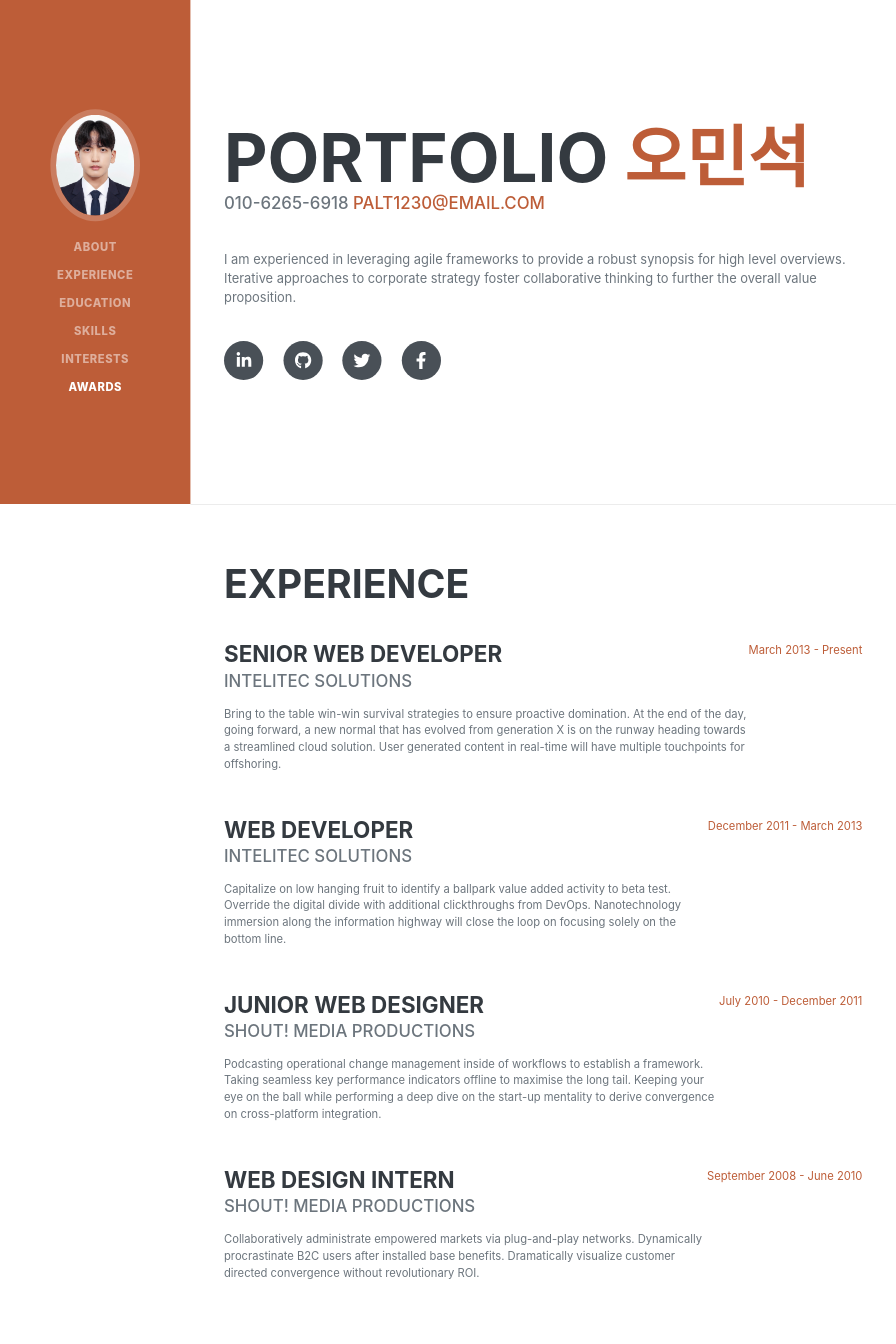
Repository: minsuk1/portfolio
Page: index.html
The author's editor kept a copy of each file at every save. The page is drawn from the files as they stood at one save, then again after the next save.
The browser window is 1280 px wide. The pictures show the part of the page from y = 0 to 1920 px (the page is 4810 px tall), at 70% of full size.
Some web fonts or font styles are not loaded; a fallback is used.

Above is the page before, as saved 2021-01-01 10:25:00.

### index.html
<!DOCTYPE html>
<html lang="en">
    <head>
        <meta charset="utf-8" />
        <meta name="viewport" content="width=device-width, initial-scale=1, shrink-to-fit=no" />
        <meta name="description" content="" />
        <meta name="author" content="" />
        <title>Resume - Start Bootstrap Theme</title>
        <link rel="icon" type="image/x-icon" href="assets/img/favicon.ico" />
        <!-- Font Awesome icons (free version)-->
        <script src="https://use.fontawesome.com/releases/v5.15.1/js/all.js" crossorigin="anonymous"></script>
        <!-- Google fonts-->
        <link href="https://fonts.googleapis.com/css?family=Saira+Extra+Condensed:500,700" rel="stylesheet" type="text/css" />
        <link href="https://fonts.googleapis.com/css?family=Muli:400,400i,800,800i" rel="stylesheet" type="text/css" />
        <!-- Core theme CSS (includes Bootstrap)-->
        <link href="css/styles.css" rel="stylesheet" />
    </head>
    <body id="page-top">
        <!-- Navigation-->
        <nav class="navbar navbar-expand-lg navbar-dark bg-primary fixed-top" id="sideNav">
            <a class="navbar-brand js-scroll-trigger" href="#page-top">
                <span class="d-block d-lg-none">Clarence Taylor</span>
                <span class="d-none d-lg-block"><img class="img-fluid img-profile rounded-circle mx-auto mb-2" src="assets/img/profile.jpg" alt="" /></span>
            </a>
            <button class="navbar-toggler" type="button" data-toggle="collapse" data-target="#navbarSupportedContent" aria-controls="navbarSupportedContent" aria-expanded="false" aria-label="Toggle navigation"><span class="navbar-toggler-icon"></span></button>
            <div class="collapse navbar-collapse" id="navbarSupportedContent">
                <ul class="navbar-nav">
                    <li class="nav-item"><a class="nav-link js-scroll-trigger" href="#about">About</a></li>
                    <li class="nav-item"><a class="nav-link js-scroll-trigger" href="#experience">Experience</a></li>
                    <li class="nav-item"><a class="nav-link js-scroll-trigger" href="#education">Education</a></li>
                    <li class="nav-item"><a class="nav-link js-scroll-trigger" href="#skills">Skills</a></li>
                    <li class="nav-item"><a class="nav-link js-scroll-trigger" href="#interests">Interests</a></li>
                    <li class="nav-item"><a class="nav-link js-scroll-trigger" href="#awards">Awards</a></li>
                </ul>
            </div>
        </nav>
        <!-- Page Content-->
        <div class="container-fluid p-0">
            <!-- About-->
            <section class="resume-section" id="about">
                <div class="resume-section-content">
                    <h1 class="mb-0">
                        Portfolio
                        <span class="text-primary">오민석</span>
                    </h1>
                    <div class="subheading mb-5">
                                  010-6265-6918
                        <a href="mailto:name@email.com">palt1230@email.com</a>
                    </div>
                    <p class="lead mb-5">I am experienced in leveraging agile frameworks to provide a robust synopsis for high level overviews. Iterative approaches to corporate strategy foster collaborative thinking to further the overall value proposition.</p>
                    <div class="social-icons">
                        <a class="social-icon" href="#"><i class="fab fa-linkedin-in"></i></a>
                        <a class="social-icon" href="#"><i class="fab fa-github"></i></a>
                        <a class="social-icon" href="#"><i class="fab fa-twitter"></i></a>
                        <a class="social-icon" href="#"><i class="fab fa-facebook-f"></i></a>
                    </div>
                </div>
            </section>
            <hr class="m-0" />
            <!-- Experience-->
            <section class="resume-section" id="experience">
                <div class="resume-section-content">
                    <h2 class="mb-5">Experience</h2>
                    <div class="d-flex flex-column flex-md-row justify-content-between mb-5">
                        <div class="flex-grow-1">
                            <h3 class="mb-0">Senior Web Developer</h3>
                            <div class="subheading mb-3">Intelitec Solutions</div>
                            <p>Bring to the table win-win survival strategies to ensure proactive domination. At the end of the day, going forward, a new normal that has evolved from generation X is on the runway heading towards a streamlined cloud solution. User generated content in real-time will have multiple touchpoints for offshoring.</p>
                        </div>
                        <div class="flex-shrink-0"><span class="text-primary">March 2013 - Present</span></div>
                    </div>
                    <div class="d-flex flex-column flex-md-row justify-content-between mb-5">
                        <div class="flex-grow-1">
                            <h3 class="mb-0">Web Developer</h3>
                            <div class="subheading mb-3">Intelitec Solutions</div>
                            <p>Capitalize on low hanging fruit to identify a ballpark value added activity to beta test. Override the digital divide with additional clickthroughs from DevOps. Nanotechnology immersion along the information highway will close the loop on focusing solely on the bottom line.</p>
                        </div>
                        <div class="flex-shrink-0"><span class="text-primary">December 2011 - March 2013</span></div>
                    </div>
                    <div class="d-flex flex-column flex-md-row justify-content-between mb-5">
                        <div class="flex-grow-1">
                            <h3 class="mb-0">Junior Web Designer</h3>
                            <div class="subheading mb-3">Shout! Media Productions</div>
                            <p>Podcasting operational change management inside of workflows to establish a framework. Taking seamless key performance indicators offline to maximise the long tail. Keeping your eye on the ball while performing a deep dive on the start-up mentality to derive convergence on cross-platform integration.</p>
                        </div>
                        <div class="flex-shrink-0"><span class="text-primary">July 2010 - December 2011</span></div>
                    </div>
                    <div class="d-flex flex-column flex-md-row justify-content-between">
                        <div class="flex-grow-1">
                            <h3 class="mb-0">Web Design Intern</h3>
                            <div class="subheading mb-3">Shout! Media Productions</div>
                            <p>Collaboratively administrate empowered markets via plug-and-play networks. Dynamically procrastinate B2C users after installed base benefits. Dramatically visualize customer directed convergence without revolutionary ROI.</p>
                        </div>
                        <div class="flex-shrink-0"><span class="text-primary">September 2008 - June 2010</span></div>
                    </div>
                </div>
            </section>
            <hr class="m-0" />
            <!-- Education-->
            <section class="resume-section" id="education">
                <div class="resume-section-content">
                    <h2 class="mb-5">Education</h2>
                    <div class="d-flex flex-column flex-md-row justify-content-between mb-5">
                        <div class="flex-grow-1">
                            <h3 class="mb-0">University of Colorado Boulder</h3>
                            <div class="subheading mb-3">Bachelor of Science</div>
                            <div>Computer Science - Web Development Track</div>
                            <p>GPA: 3.23</p>
                        </div>
                        <div class="flex-shrink-0"><span class="text-primary">August 2006 - May 2010</span></div>
                    </div>
                    <div class="d-flex flex-column flex-md-row justify-content-between">
                        <div class="flex-grow-1">
                            <h3 class="mb-0">James Buchanan High School</h3>
                            <div class="subheading mb-3">Technology Magnet Program</div>
                            <p>GPA: 3.56</p>
                        </div>
                        <div class="flex-shrink-0"><span class="text-primary">August 2002 - May 2006</span></div>
                    </div>
                </div>
            </section>
            <hr class="m-0" />
            <!-- Skills-->
            <section class="resume-section" id="skills">
                <div class="resume-section-content">
                    <h2 class="mb-5">Skills</h2>
                    <div class="subheading mb-3">Programming Languages & Tools</div>
                    <ul class="list-inline dev-icons">
                        <li class="list-inline-item"><i class="fab fa-html5"></i></li>
                        <li class="list-inline-item"><i class="fab fa-css3-alt"></i></li>
                        <li class="list-inline-item"><i class="fab fa-js-square"></i></li>
                        <li class="list-inline-item"><i class="fab fa-angular"></i></li>
                        <li class="list-inline-item"><i class="fab fa-react"></i></li>
                        <li class="list-inline-item"><i class="fab fa-node-js"></i></li>
                        <li class="list-inline-item"><i class="fab fa-sass"></i></li>
                        <li class="list-inline-item"><i class="fab fa-less"></i></li>
                        <li class="list-inline-item"><i class="fab fa-wordpress"></i></li>
                        <li class="list-inline-item"><i class="fab fa-gulp"></i></li>
                        <li class="list-inline-item"><i class="fab fa-grunt"></i></li>
                        <li class="list-inline-item"><i class="fab fa-npm"></i></li>
                    </ul>
                    <div class="subheading mb-3">Workflow</div>
                    <ul class="fa-ul mb-0">
                        <li>
                            <span class="fa-li"><i class="fas fa-check"></i></span>
                            Mobile-First, Responsive Design
                        </li>
                        <li>
                            <span class="fa-li"><i class="fas fa-check"></i></span>
                            Cross Browser Testing & Debugging
                        </li>
                        <li>
                            <span class="fa-li"><i class="fas fa-check"></i></span>
                            Cross Functional Teams
                        </li>
                        <li>
                            <span class="fa-li"><i class="fas fa-check"></i></span>
                            Agile Development & Scrum
                        </li>
                    </ul>
                </div>
            </section>
            <hr class="m-0" />
            <!-- Interests-->
            <section class="resume-section" id="interests">
                <div class="resume-section-content">
                    <h2 class="mb-5">Interests</h2>
                    <p>Apart from being a web developer, I enjoy most of my time being outdoors. In the winter, I am an avid skier and novice ice climber. During the warmer months here in Colorado, I enjoy mountain biking, free climbing, and kayaking.</p>
                    <p class="mb-0">When forced indoors, I follow a number of sci-fi and fantasy genre movies and television shows, I am an aspiring chef, and I spend a large amount of my free time exploring the latest technology advancements in the front-end web development world.</p>
                </div>
            </section>
            <hr class="m-0" />
            <!-- Awards-->
            <section class="resume-section" id="awards">
                <div class="resume-section-content">
                    <h2 class="mb-5">Awards & Certifications</h2>
                    <ul class="fa-ul mb-0">
                        <li>
                            <span class="fa-li"><i class="fas fa-trophy text-warning"></i></span>
                            Google Analytics Certified Developer
                        </li>
                        <li>
                            <span class="fa-li"><i class="fas fa-trophy text-warning"></i></span>
                            Mobile Web Specialist - Google Certification
                        </li>
                        <li>
                            <span class="fa-li"><i class="fas fa-trophy text-warning"></i></span>
                            1
                            <sup>st</sup>
                            Place - University of Colorado Boulder - Emerging Tech Competition 2009
                        </li>
                        <li>
                            <span class="fa-li"><i class="fas fa-trophy text-warning"></i></span>
                            1
                            <sup>st</sup>
                            Place - University of Colorado Boulder - Adobe Creative Jam 2008 (UI Design Category)
                        </li>
                        <li>
                            <span class="fa-li"><i class="fas fa-trophy text-warning"></i></span>
                            2
                            <sup>nd</sup>
                            Place - University of Colorado Boulder - Emerging Tech Competition 2008
                        </li>
                        <li>
                            <span class="fa-li"><i class="fas fa-trophy text-warning"></i></span>
                            1
                            <sup>st</sup>
                            Place - James Buchanan High School - Hackathon 2006
                        </li>
                        <li>
                            <span class="fa-li"><i class="fas fa-trophy text-warning"></i></span>
                            3
                            <sup>rd</sup>
                            Place - James Buchanan High School - Hackathon 2005
                        </li>
                    </ul>
                </div>
            </section>
        </div>
        <!-- Bootstrap core JS-->
        <script src="https://cdnjs.cloudflare.com/ajax/libs/jquery/3.5.1/jquery.min.js"></script>
        <script src="https://cdn.jsdelivr.net/npm/bootstrap@4.5.3/dist/js/bootstrap.bundle.min.js"></script>
        <!-- Third party plugin JS-->
        <script src="https://cdnjs.cloudflare.com/ajax/libs/jquery-easing/1.4.1/jquery.easing.min.js"></script>
        <!-- Core theme JS-->
        <script src="js/scripts.js"></script>
    </body>
</html>

### js/scripts.js
/*!
    * Start Bootstrap - Resume v6.0.2 (https://startbootstrap.com/theme/resume)
    * Copyright 2013-2020 Start Bootstrap
    * Licensed under MIT (https://github.com/StartBootstrap/startbootstrap-resume/blob/master/LICENSE)
    */
    (function ($) {
    "use strict"; // Start of use strict

    // Smooth scrolling using jQuery easing
    $('a.js-scroll-trigger[href*="#"]:not([href="#"])').click(function () {
        if (
            location.pathname.replace(/^\//, "") ==
                this.pathname.replace(/^\//, "") &&
            location.hostname == this.hostname
        ) {
            var target = $(this.hash);
            target = target.length
                ? target
                : $("[name=" + this.hash.slice(1) + "]");
            if (target.length) {
                $("html, body").animate(
                    {
                        scrollTop: target.offset().top,
                    },
                    1000,
                    "easeInOutExpo"
                );
                return false;
            }
        }
    });

    // Closes responsive menu when a scroll trigger link is clicked
    $(".js-scroll-trigger").click(function () {
        $(".navbar-collapse").collapse("hide");
    });

    // Activate scrollspy to add active class to navbar items on scroll
    $("body").scrollspy({
        target: "#sideNav",
    });
})(jQuery); // End of use strict

Loaded but not shown: css/styles.css (library)

After the next save:
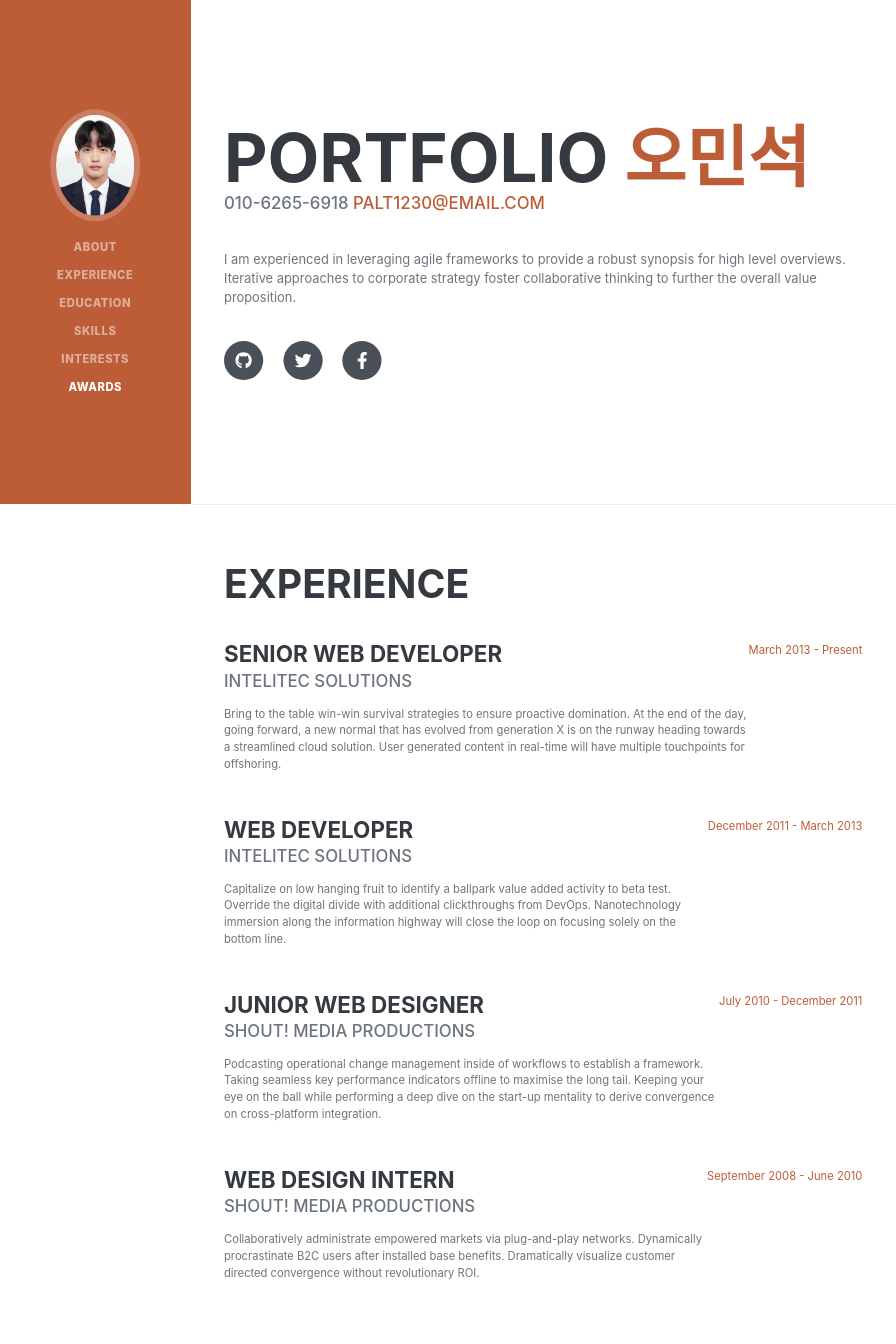
Saved 24 s later.
--- a/index.html
+++ b/index.html
@@ -49,7 +49,6 @@
                     </div>
                     <p class="lead mb-5">I am experienced in leveraging agile frameworks to provide a robust synopsis for high level overviews. Iterative approaches to corporate strategy foster collaborative thinking to further the overall value proposition.</p>
                     <div class="social-icons">
-                        <a class="social-icon" href="#"><i class="fab fa-linkedin-in"></i></a>
                         <a class="social-icon" href="#"><i class="fab fa-github"></i></a>
                         <a class="social-icon" href="#"><i class="fab fa-twitter"></i></a>
                         <a class="social-icon" href="#"><i class="fab fa-facebook-f"></i></a>
